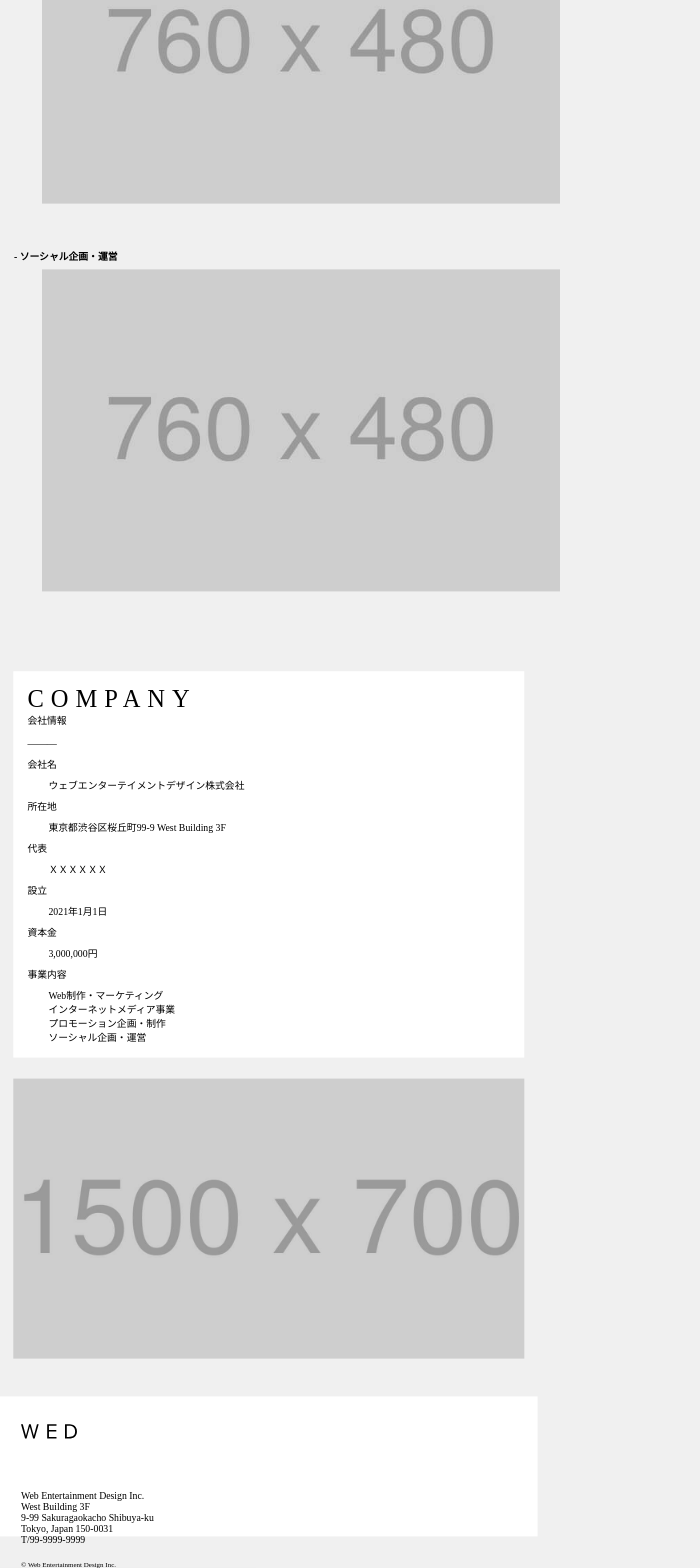
Repository: n19880405nick/challenge
Page: Codestep/Web Entertainment Design/wed.html
The author's editor kept a record of every edit. The page is drawn from the files as they stood at one moment, then again after the next edit.
The browser window is 768 px wide. The page is 1000 px wide, so the pictures cover 1000 px, including what lies to the right of the window. The pictures show the part of the page from y = 3587 to 5827 px (the page is 5827 px tall before and 5782 px after), at 70% of full size.

Above is the page before.

After the next edit:
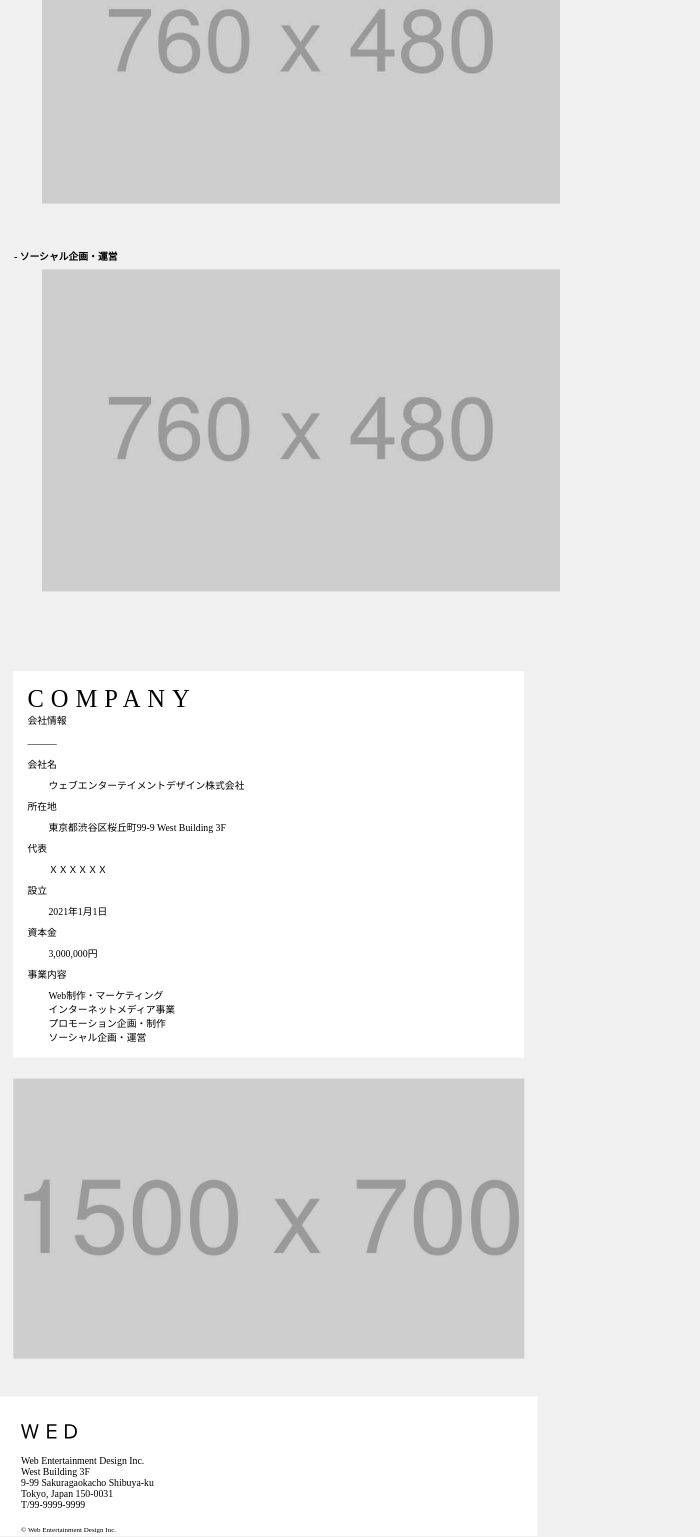
The edit:
--- a/Codestep/Web Entertainment Design/wed.css
+++ b/Codestep/Web Entertainment Design/wed.css
@@ -301,8 +301,7 @@
   }
 
   #logo .logo{
-    margin-top: 30px;
-    margin-left: 30px;
+    margin: 30px 30px 0;
   }
 
   .copyright{
